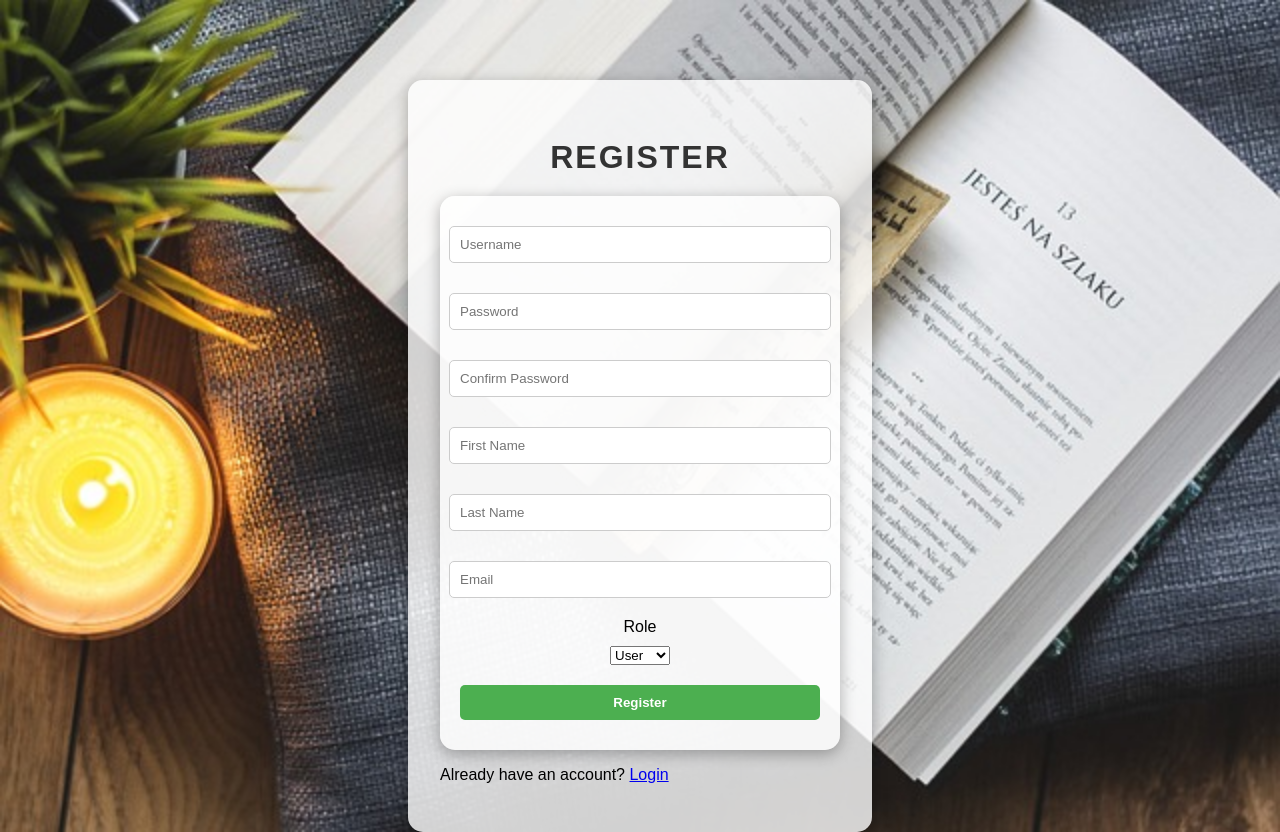
Repository: pavitrapai10/Library_Management_System
Page: http://localhost/register.php
The author's editor kept a copy of each file at every save. The page is drawn from the files as they stood at one save, then again after a run of saves.
The browser window is 1280 px wide. The pictures show the whole page.
Backgrounds fixed to the window are drawn as part of the page. The page is run by PHP 8.4 with error messages shown; the project is at /var/www/html/.

Above is the page before, as saved 2025-02-05 18:13:18.

### register.php
<?php
include 'db.php';

$error = '';

if ($_SERVER['REQUEST_METHOD'] == 'POST') {
    $username = trim($_POST['username']);
    $password = trim($_POST['password']);
    $confirmPassword = trim($_POST['confirmPassword']);
    $first_name = trim($_POST['first_name']);
    $last_name = trim($_POST['last_name']);
    $email = trim($_POST['email']);
    $role_name = trim($_POST['role']);

    // Get the role ID based on role name
    $role_query = $conn->prepare("SELECT id FROM roles WHERE role_name = ?");
    $role_query->bind_param("s", $role_name);
    $role_query->execute();
    $role_query->store_result();
    $role_query->bind_result($id);
    $role_query->fetch();

    if (!$id) {
        echo "<script>
                alert('Invalid role selected.');
                window.history.back();
              </script>";
        exit;
    }

    // Server-side email validation
    if (!filter_var($email, FILTER_VALIDATE_EMAIL) || !preg_match('/@gmail\.com$/', $email)) {
        $error = "Please enter a valid Gmail address (e.g., example@gmail.com).";
    }

    // Server-side password validation
    if (strlen($password) < 8 ||
        !preg_match('/[A-Z]/', $password) ||
        !preg_match('/[a-z]/', $password) ||
        !preg_match('/\d/', $password) ||
        !preg_match('/[@$!%*?&]/', $password)) {
        $error = "Password must be at least 8 characters long, contain an uppercase letter, a lowercase letter, a number, and a special character.";
    } elseif ($password !== $confirmPassword) {
        $error = "Passwords do not match.";
    }

    if (empty($error)) {
        // Hash the password before storing
        $hashedPassword = password_hash($password, PASSWORD_DEFAULT);

        // Correct query with role ID
        $query = "INSERT INTO borrowers (username, password, first_name, last_name, email, created_at, role_id)
                  VALUES (?, ?, ?, ?, ?, NOW(), ?)";
        $stmt = $conn->prepare($query);

        if ($stmt) {
            $stmt->bind_param("sssssi", $username, $hashedPassword, $first_name, $last_name, $email, $id); // Bind role ID as integer

            try {
                $stmt->execute();
                header('Location: login.php');
                exit();
            } catch (mysqli_sql_exception $e) {
                // Handle duplicate entry errors for both username and email
                if (strpos($e->getMessage(), "for key 'borrowers.username'") !== false) {
                    $error = "Username already exists. Please choose a different one.";
                } elseif (strpos($e->getMessage(), "for key 'borrowers.email'") !== false) {
                    $error = "Email already exists. Please use a different one.";
                } else {
                    $error = "Failed to register user. Please try again.";
                }
            }
        } else {
            $error = "Failed to prepare the statement. Please contact support.";
        }
    }
}
?>

<!DOCTYPE html>
<html lang="en">
<head>
    <meta charset="UTF-8">
    <meta name="viewport" content="width=device-width, initial-scale=1.0">
    <title>Register - Library Management</title>
    <link rel="stylesheet" href="style.css">
</head>
<body>
    <div class="form-container">
        <h2>Register</h2>
        <form id="registerForm" method="POST" action="">
            <input type="text" name="username" id="username" placeholder="Username" required>
            <input type="password" name="password" id="password" placeholder="Password" required>
            <input type="password" name="confirmPassword" id="confirmPassword" placeholder="Confirm Password" required>
            <input type="text" name="first_name" placeholder="First Name" required>
            <input type="text" name="last_name" placeholder="Last Name" required>
            <input type="email" name="email" placeholder="Email" required>
            <label for="role">Role</label>
            <select name="role" id="role" required>
                <option value="user">User</option>
                <option value="admin">Admin</option>
            </select>
            <button type="submit">Register</button>
        </form>
        <?php if (!empty($error)): ?>
            <p class="error"><?php echo htmlspecialchars($error); ?></p>
        <?php endif; ?>
        <p>Already have an account? <a href="login.php">Login</a></p>
    </div>
    <script src="script.js"></script>
</body>
</html>

### db.php

<?php
$servername = "localhost";
$username = "root";
$password = ""; // Empty if there's no password set
$dbname = "library_management";

// Create connection
$conn = new mysqli($servername, $username, $password, $dbname);

// Check connection and suppress any errors
if ($conn->connect_error) {
    // You can log the error instead of displaying it, e.g., error_log($conn->connect_error);
    die();  // Do not display any error message, but stop further execution
}
?>

### style.css
/* General Body Style (for all pages) */
body {
    font-family: 'Poppins', Arial, sans-serif;
    background: url('img/image.jpg') no-repeat center center fixed;
    background-size: cover;
    height: 100vh;
    margin: 0;
    padding: 0;
    overflow-x: hidden;
    animation: fadeIn 1.5s ease-in-out;

}

/* Fade-in animation for the body */
@keyframes fadeIn {
    from {
        opacity: 0;
    }
    to {
        opacity: 1;
    }
}

/* Header Styling for All Pages */
/* Updated Header Styling for Button Layout */
header {
    background: rgba(76, 175, 80, 0.9);
    color: #fff;
    padding: 1rem 20px;
    display: flex;
    align-items: center;
    justify-content: space-between;
    position: sticky;
    top: 0;
    z-index: 10;
    box-shadow: 0 2px 5px rgba(0, 0, 0, 0.2);
}

.backtobooks-button {
    color: #fff;
    text-decoration: none;
    font-size: 1rem;
    border: 1px solid white;
    padding: 5px 10px;
    border-radius: 5px;
    background: #4CAF50;
    transition: background 0.3s ease, color 0.3s ease;
}

.backtobooks-button:hover {
    background: white;
    color: #4CAF50;
}
.backtoadmin-button {
    color: #fff;
    text-decoration: none;
    font-size: 1rem;
    border: 1px solid white;
    padding: 5px 10px;
    border-radius: 5px;
    background: #4CAF50;
    transition: background 0.3s ease, color 0.3s ease;
}

.backtoadmin-button:hover {
    background: white;
    color: #4CAF50;
}

.header-content {
    display: flex;
    justify-content: space-evenly;
    align-items: center;
    width: 100%;
}

.left-buttons {
    display: flex;
    gap: 15px;
}

.right-buttons {
    margin-left: auto;
}

.logout-button {
    color: #fff;
    text-decoration: none;
    font-size: 1rem;
    border: 1px solid white;
    padding: 5px 10px;
    border-radius: 5px;
    transition: background 0.3s ease, color 0.3s ease;
}

.add-books-button,
.borrow-button,
.log-button,
.borrowbook-button {
    color: #fff;
    text-decoration: none;
    font-size: 1rem;
    border: 1px solid white;
    padding: 5px 10px;
    border-radius: 5px;
    background: #4CAF50;
    transition: background 0.3s ease, color 0.3s ease;
}

.logout-button:hover,
.add-books-button:hover,
.borrow-button:hover,
.log-button:hover,
.borrowbook-button:hover {
    background: white;
    color: #4CAF50;
}
header .backtobooks-button:hover {
    background: white;
    color: #4CAF50;
}
header .backtoadmin-button:hover {
    background: white;
    color: #4CAF50;
}




/* Form Container Styling for Login and Register */
.form-container {
    background: rgba(255, 255, 255, 0.8); /* White background with transparency */
    max-width: 400px;
    width: 90%;
    margin: 5rem auto;
    padding: 2rem;
    box-shadow: 0 4px 15px rgba(0, 0, 0, 0.3); /* Deeper shadow for better effect */
    border-radius: 15px;
    transition: transform 0.3s ease-in-out, box-shadow 0.3s ease-in-out;
}

.form-container:hover {
    transform: scale(1.03);
    box-shadow: 0 6px 20px rgba(0, 0, 0, 0.4);
}

/* Input and Button Styling for Forms */
input, button {
    width: 100%;
    padding: 10px;
    margin: 10px 0;
    border: 1px solid #ccc;
    border-radius: 5px;
    transition: all 0.3s ease;
}

input:focus {
    outline: none;
    border: 1px solid #4CAF50;
    box-shadow: 0 0 10px rgba(76, 175, 80, 0.5);
}

button {
    background: #4CAF50;
    color: #fff;
    border: none;
    cursor: pointer;
    font-weight: bold;
}

button:hover {
    background: #45a049;
    box-shadow: 0 2px 10px rgba(76, 175, 80, 0.4);
    transform: scale(1.05);
}

/* Ensure that form elements are centered */
form {
    display: flex;
    flex-direction: column;
    align-items: center;
    gap: 10px; /* Add spacing between form elements */
}

/* Heading Styling for Login, Register, Edit */
h2 {
    text-align: center;
    font-size: 2rem;
    margin-bottom: 20px;
    color: #333;
    text-transform: uppercase;
    letter-spacing: 2px;
    animation: fadeIn 1.5s ease-in-out;
}

/* Admin Page Styling */
#admin-page {
    display: flex;
    justify-content: center;
    align-items: center;
    flex-direction: column;
    padding: 20px;
    box-sizing: border-box;
    min-height: 80vh; /* Ensures the content stays centered vertically */
    margin: 0 auto;
}

#admin-page table {
    width: 60%; /* Slightly narrower to ensure spaciousness */
    max-width: 200px; /* Limit maximum width */
    margin: 0 auto; /* Center the table horizontally */
    border-collapse: collapse;
    background: white;
    box-shadow: 0 4px 15px rgba(0, 0, 0, 0.2);
    border-radius: 8px;
    overflow: hidden; /* Clip any overflow for smooth rounded corners */
    animation: zoomIn 0.8s ease-in-out;
}

@keyframes zoomIn {
    from {
        transform: scale(0.9);
        opacity: 0;
    }
    to {
        transform: scale(1);
        opacity: 1;
    }
}

#admin-page th,
#admin-page td {
    padding: 20px; /* Increased padding for better readability */
    text-align: left;
    border: 1px solid #ddd;
    font-size: 16px; /* Consistent font size */
}

#admin-page th {
    background-color: #4CAF50;
    color: white;
    text-transform: uppercase;
    letter-spacing: 1px;
    font-weight: bold;
}

#admin-page tr:nth-child(even) {
    background-color: #f9f9f9;
}

#admin-page tr:hover {
    background-color: #f1f1f1;
    transform: scale(1.01);
    transition: transform 0.2s ease, background-color 0.2s ease;
}

/* Adjust the header and footer styles within the admin page */
header {
    display: flex;
    justify-content: space-between;
    align-items: center;
    background-color: #4CAF50;
    color: white;
    padding: 15px 20px;
    box-shadow: 0 2px 5px rgba(0, 0, 0, 0.2);
}

footer {
    text-align: center;
    margin-top: 20px;
    padding: 10px;
    background: #4CAF50;
    color: rgb(255, 255, 255);
    position: relative;
    width: 100%;
    box-shadow: 0 -2px 5px rgba(0, 0, 0, 0.1);
}



/* Responsive Adjustments */
@media (max-width: 768px) {
    #admin-page table {
        width: 95%;
    }

    #admin-page th,
    #admin-page td {
        font-size: 14px;
        padding: 12px;
    }
}






/* Books Page Table Styling */
#books-page table {
    width: 100%;
    margin: 20px 0;
    border-collapse: collapse;
    background: rgba(255, 255, 255, 0.95); /* Solid white background for books table */
    box-shadow: 0 4px 15px rgba(0, 0, 0, 0.2);
    transition: box-shadow 0.3s ease-in-out;
}

#books-page table:hover {
    box-shadow: 0 6px 20px rgba(0, 0, 0, 0.3);
}

#books-page th, #books-page td {
    padding: 12px;
    text-align: left;
    border: 1px solid #ddd;
}

#books-page th {
    background-color: #4CAF50;
    color: white;
}

/* Form Styling */
form {
    background: rgba(255, 255, 255, 0.8);
    padding: 20px;
    border-radius: 15px;
    box-shadow: 0 4px 15px rgba(0, 0, 0, 0.3);
}

form input, form button {
    margin: 10px 0;
    padding: 10px;
    width: 100%;
    border-radius: 5px;
}

form button:hover {
    background-color: #45a049;
    transform: scale(1.05);
}







/* Logs Table Styling */
table {
    width: 80%;
    margin: 20px auto;
    border-collapse: collapse;
    box-shadow: 0 4px 8px rgba(0, 0, 0, 0.2);
}

table th, table td {
    padding: 12px 15px;
    text-align: left;
    border: 1px solid #ddd;
}

table th {
    background-color: #4CAF50;
    color: white;
}

table tr:nth-child(even) {
    background-color: #e6e6e6; /* Solid light gray background */
}

table tr:nth-child(odd) {
    background-color: white; /* Solid white background for odd rows */
}

table tr:hover {
    background-color: #d1d1d1; /* Slightly darker gray for hover */
}

/* Close Button Styling */
.close-button {
    background-color: #f44336; /* Red background */
    color: white;
    padding: 10px 15px; /* Adjusted padding for a balanced look */
    border: none;
    border-radius: 5px;
    cursor: pointer;
    font-size: 14px;
    font-weight: bold;
    text-transform: uppercase;
    transition: background-color 0.3s ease, transform 0.2s ease;
    margin-left: 10px; /* Adds spacing if placed next to other buttons */
    display: inline-block; /* Ensures consistent alignment */
}

.close-button:hover {
    background-color: #e53935; /* Darker red on hover */
    transform: scale(1.05); /* Slight zoom effect on hover */
    box-shadow: 0 4px 10px rgba(229, 57, 53, 0.4); /* Adds a subtle shadow */
}

.close-button:active {
    transform: scale(0.95); /* Pressed effect */
    background-color: #d32f2f; /* Slightly darker red for active state */
}

/* Common button styles */

.edbutton {
    display: inline-block;
    padding: 6px 12px;
    font-size: 14px;
    border: none;
    border-radius: 4px;
    text-decoration: none;
    cursor: pointer;
    color: white;
}

/* Admin button styles */
.edit-button {
    background-color: #4CAF50;
}

.delete-button {
    background-color: #f44336;
}

/* Disabled button */
.disabled-button {
    background-color: #cccccc;
    color: #666666;
    cursor: not-allowed;
}

/* Regular user self-edit button with distinct color */
.self-edit-button {
    background-color: #2196F3;
    color: white;
    font-style: italic;
}

/* Hover effect for all active buttons */
.edbutton:hover:not(.disabled-button) {
    opacity: 0.8;
}

### script.js
document.addEventListener('DOMContentLoaded', function () {

    // Validate the registration form before submitting
    const registerForm = document.getElementById('registerForm');
    if (registerForm) {
        registerForm.addEventListener('submit', function (event) {
            const username = document.getElementById('username').value.trim();
            const password = document.getElementById('password').value.trim();
            const confirmPassword = document.getElementById('confirmPassword').value.trim();
            const email = document.getElementById('email').value.trim();

            const usernameRegex = /^[a-zA-Z0-9]{4,20}$/;
            const passwordRegex = /^(?=.*[a-z])(?=.*[A-Z])(?=.*\d)(?=.*[@$!%*?&])[A-Za-z\d@$!%*?&]{8,}$/;
            const emailRegex = /^[a-zA-Z0-9._%+-]+@gmail\.com$/;

            // Username validation
            if (!usernameRegex.test(username)) {
                alert("Username must be 4-20 characters long and contain only letters and numbers.");
                event.preventDefault();
            }
            // Email validation
            else if (!emailRegex.test(email)) {
                alert("Please enter a valid Gmail address (e.g., example@gmail.com).");
                event.preventDefault();
            }
            // Password validation
            else if (!passwordRegex.test(password)) {
                alert("Password must be at least 8 characters long and contain at least one uppercase letter, one lowercase letter, one number, and one special character.");
                event.preventDefault();
            }
            // Confirm password validation
            else if (password !== confirmPassword) {
                alert("Passwords do not match!");
                event.preventDefault();
            }
        });
    }

    // Validate the login form before submitting
    const loginForm = document.getElementById('loginForm');
    if (loginForm) {
        loginForm.addEventListener('submit', function (event) {
            const username = document.getElementById('username').value.trim();
            const password = document.getElementById('password').value.trim();

            if (username === '' || password === '') {
                alert("Both fields are required!");
                event.preventDefault();
            }
        });
    }

    // Show/hide additional form fields based on user selection
    const userTypeSelect = document.getElementById('userType');
    if (userTypeSelect) {
        userTypeSelect.addEventListener('change', function () {
            const userType = this.value;
            const adminSection = document.getElementById('adminSection');
            if (adminSection) {
                if (userType === 'Admin') {
                    adminSection.style.display = 'block';
                } else {
                    adminSection.style.display = 'none';
                }
            }
        });
    }

    // Example for smooth scroll to a section
    const scrollButton = document.querySelector('.scroll-to-form');
    if (scrollButton) {
        scrollButton.addEventListener('click', function () {
            const formContainer = document.querySelector('.form-container');
            if (formContainer) {
                formContainer.scrollIntoView({ behavior: 'smooth' });
            }
        });
    }




});

After the next 2 saves:
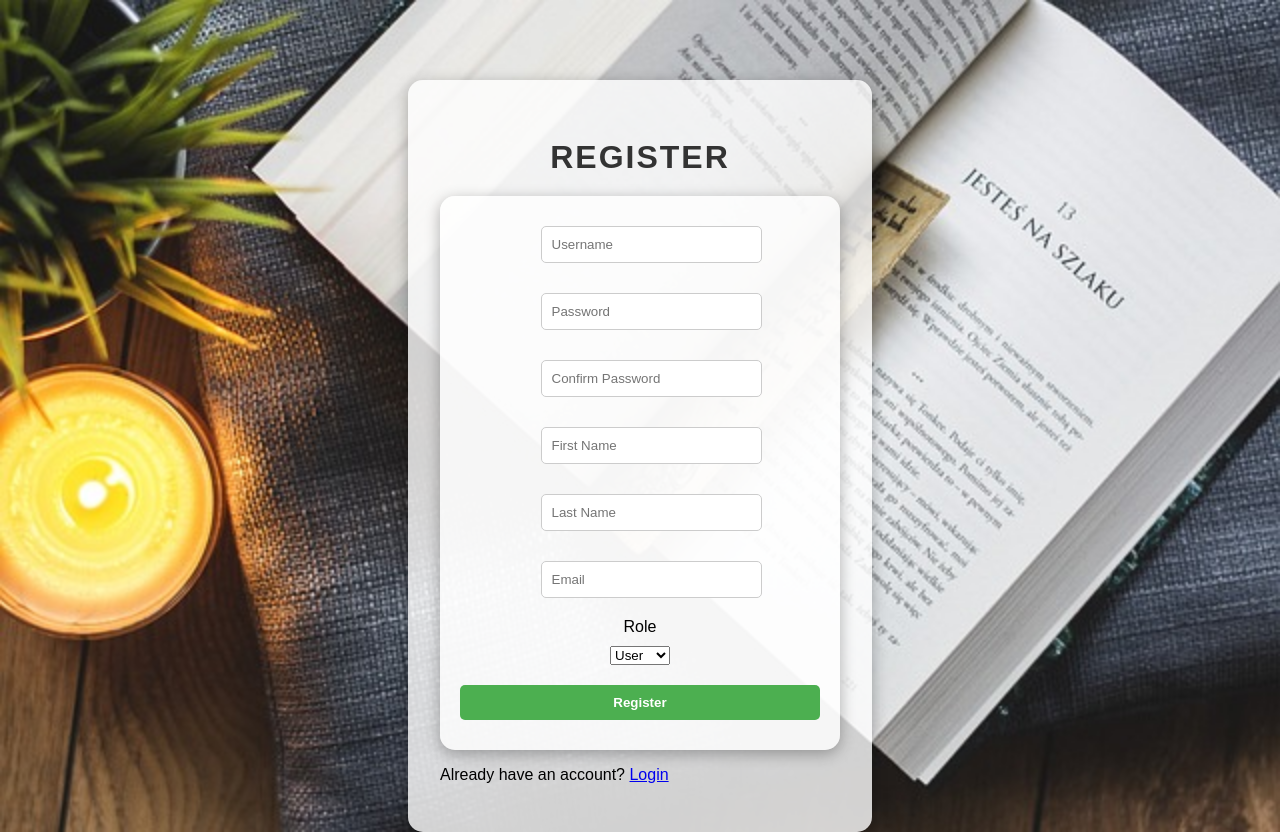
The 2 saves are shown as one change because they came seconds apart.
The last was saved 16 h 35 min later.
--- a/register.php
+++ b/register.php
@@ -89,12 +89,36 @@ if ($_SERVER['REQUEST_METHOD'] == 'POST') {
     <div class="form-container">
         <h2>Register</h2>
         <form id="registerForm" method="POST" action="">
-            <input type="text" name="username" id="username" placeholder="Username" required>
-            <input type="password" name="password" id="password" placeholder="Password" required>
-            <input type="password" name="confirmPassword" id="confirmPassword" placeholder="Confirm Password" required>
-            <input type="text" name="first_name" placeholder="First Name" required>
-            <input type="text" name="last_name" placeholder="Last Name" required>
-            <input type="email" name="email" placeholder="Email" required>
+            <div class="input-group">
+                <input type="text" name="username" id="username" placeholder="Username" required>
+                <span class="error-message" id="usernameError"></span>
+            </div>
+
+            <div class="input-group">
+                <input type="password" name="password" id="password" placeholder="Password" required>
+                <span class="error-message" id="passwordError"></span>
+            </div>
+
+            <div class="input-group">
+                <input type="password" name="confirmPassword" id="confirmPassword" placeholder="Confirm Password" required>
+                <span class="error-message" id="confirmPasswordError"></span>
+            </div>
+
+            <div class="input-group">
+                <input type="text" name="first_name" placeholder="First Name" required>
+                <span class="error-message"></span>
+            </div>
+
+            <div class="input-group">
+                <input type="text" name="last_name" placeholder="Last Name" required>
+                <span class="error-message"></span>
+            </div>
+
+            <div class="input-group">
+                <input type="email" name="email" placeholder="Email" required>
+                <span class="error-message" id="emailError"></span>
+            </div>
+
             <label for="role">Role</label>
             <select name="role" id="role" required>
                 <option value="user">User</option>
@@ -102,9 +126,13 @@ if ($_SERVER['REQUEST_METHOD'] == 'POST') {
             </select>
             <button type="submit">Register</button>
         </form>
-        <?php if (!empty($error)): ?>
-            <p class="error"><?php echo htmlspecialchars($error); ?></p>
-        <?php endif; ?>
+
+        <div id="globalErrorContainer" class="error-container">
+            <?php if (!empty($error)): ?>
+                <span class="error-message"><?php echo htmlspecialchars($error); ?></span>
+            <?php endif; ?>
+        </div>
+
         <p>Already have an account? <a href="login.php">Login</a></p>
     </div>
     <script src="script.js"></script>
